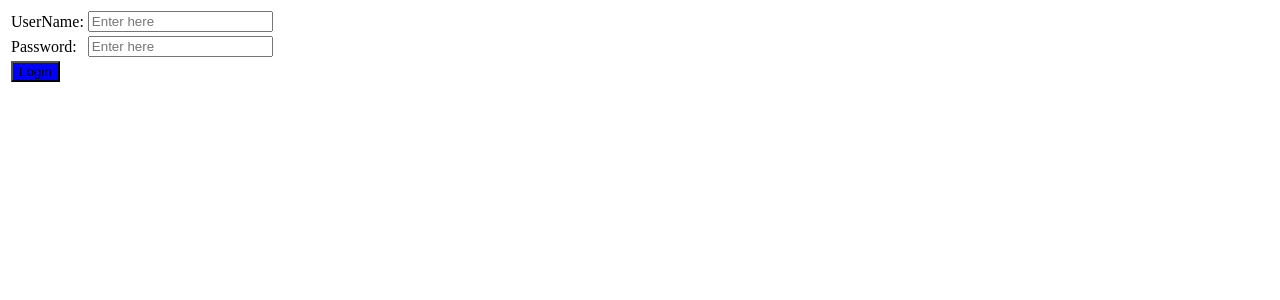
Repository: KnOX-07/eclipse-workspace
Page: WelcomeServ/src/main/webapp/index.html
These files come from the project's save history. The page is drawn as it stood at one moment and after the next save; the edit follows.
The browser window is 1280 px wide. The pictures show the whole page.

Above is the page before, as saved 2024-08-08 12:12:33.

### WelcomeServ/src/main/webapp/index.html
<!DOCTYPE html>
<html>
<head>
    <meta charset="ISO-8859-1">
    <title>Login Page</title>
</head>
<body>
    <div class="container">
        <form action="redisp" method="get">
            <table>
                <tr>
                    <td>UserName:</td>
                    <td><input type="text" name="username" placeholder="Enter here"></td>
                </tr>
                <tr>
                    <td>Password:</td>
                    <td><input type="password" name="password" placeholder="Enter here"></td>
                </tr>
                <tr>
                    <td>
                        <button type="login" style="background-color: blue;">Login</button>
                    </td>
                </tr>
            </table>
        </form>
    </div>
</body>
</html>

After the next save:
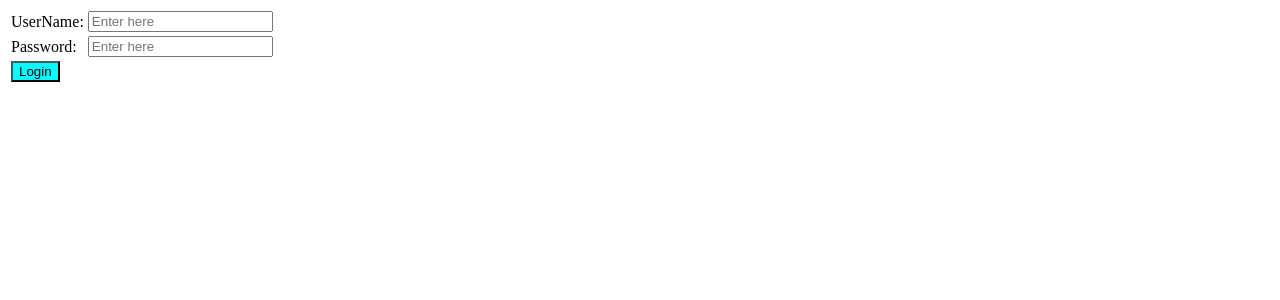
Saved 19 s later.
--- a/WelcomeServ/src/main/webapp/index.html
+++ b/WelcomeServ/src/main/webapp/index.html
@@ -18,7 +18,7 @@
                 </tr>
                 <tr>
                     <td>
-                        <button type="login" style="background-color: blue;">Login</button>
+                        <button type="login" style="background-color: cyan;">Login</button>
                     </td>
                 </tr>
             </table>
